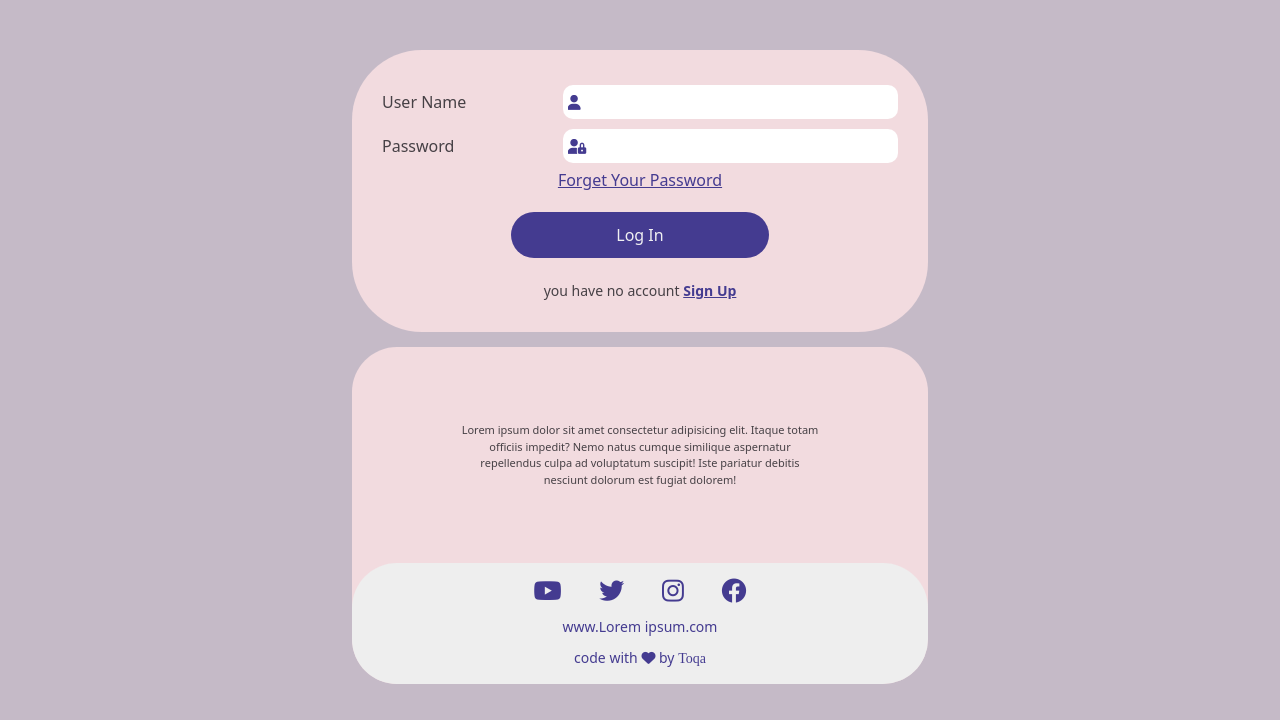
Repository: Toqa-25/register-page-one
Page: log in/index.html
An editor plug-in stored every save of this project. The page is shown before and after a run of saves, followed by the edit.
The browser window is 1280 px wide. The pictures show the whole page.
Some web fonts or font styles are not loaded; a fallback is used. Some web libraries are served in a nearby version.

Above is the page before, as saved 2021-12-26 16:35:59.

### log in/index.html
<!DOCTYPE html>
<html lang="en">
<head>
    <meta charset="UTF-8">
    <meta http-equiv="X-UA-Compatible" content="IE=edge">
    <meta name="viewport" content="width=device-width, initial-scale=1.0">
    <!-- bootstrab Style -->
    <link href="https://cdn.jsdelivr.net/npm/bootstrap@5.1.3/dist/css/bootstrap.min.css" rel="stylesheet" integrity="sha384-1BmE4kWBq78iYhFldvKuhfTAU6auU8tT94WrHftjDbrCEXSU1oBoqyl2QvZ6jIW3" crossorigin="anonymous">
    <!-- fontawosome -->
  <link rel="stylesheet" href="https://pro.fontawesome.com/releases/v5.10.0/css/all.css" integrity="sha384-AYmEC3Yw5cVb3ZcuHtOA93w35dYTsvhLPVnYs9eStHfGJvOvKxVfELGroGkvsg+p" crossorigin="anonymous"/>
    <link rel="stylesheet" href="https://cdnjs.cloudflare.com/ajax/libs/font-awesome/5.1.0/css/v4-shims.min.css">
    <link rel="stylesheet" href="https://cdnjs.cloudflare.com/ajax/libs/font-awesome/6.0.0-beta3/css/all.min.css">
  <!-- css file style -->
    <link rel="stylesheet" href="../css/style.css">
    <!-- google font -->
    <link rel="preconnect" href="https://fonts.googleapis.com">
<link rel="preconnect" href="https://fonts.gstatic.com" crossorigin>
<link href="https://fonts.googleapis.com/css2?family=Pushster&display=swap" rel="stylesheet">
    <!-- page-title -->
    <title> log in Page </title>
</head>
<body>
<!-- sign up  Section -->
<form action="" class="part-style" id="sign-form">
    <!-- user-name -->
    <div class="form-input d-flex justify-content-between align-items-center flex-sm-column flex-md-row">
    <label for="user-name">User Name</label>
    <input type="text" name="" id="user-name" class="input input-font" placeholder="&#xf007;">
    </div>
    <!-- password -->
    <div class="form-input d-flex justify-content-between align-items-center flex-sm-column flex-md-row">
    <label for="password">Password</label>
    <input type="password" name="" id="password" class="input" placeholder="&#xf502;">
    </div>
    <!-- submit btn  -->
    <a href="http://" class="forget">Forget Your Password</a>
    <input type="submit" value="Log In" class="btn sign-log-btn d-block log-btn input-font"  id="sign-btn" >
     <span>you have no account  <a href="../sign up/index.html"> Sign Up </a></span>
</form>
   <!-- accept section -->

   <!-- footer section -->
  <footer class="part-style">
          <div class="footer-content">
              <div class="footer-text">
                  <p class="footer-text-info">
                      Lorem ipsum dolor sit amet consectetur adipisicing elit. Itaque totam officiis impedit? Nemo natus cumque similique aspernatur repellendus culpa ad voluptatum suscipit! Iste pariatur debitis nesciunt dolorum est fugiat dolorem!
                  </p>
              </div>
              <div class="footer-icons d-flex flex-column justify-content-evenly align-items-center">
                  <!-- <div class="footer-icons-group"> -->
                      <span class="footer-icons-group d-flex justify-content-evenly align-items-center">
                  <!-- <i class="fab fa-youtube"> <a href="https://toqa-25.github.io/portfolio/" target="_blank" rel="noopener noreferrer"></a> </i> -->
                  <a href="https://" target="_blank" rel="noopener noreferrer"> <i class="fab fa-youtube"></i></a>
                  <a href="http://" target="_blank" rel="noopener noreferrer"><i class="fab fa-twitter"></i></a>
                  <a href="http://" target="_blank" rel="noopener noreferrer"><i class="fab fa-instagram"></i></a>
                 <a href="http://" target="_blank" rel="noopener noreferrer"> <i class="fab fa-facebook"></i></a>
                  </span>
              <!-- </div> -->
                <!-- <div class="footer-icons-text"> -->
                    <span class="web-text d-block">www.Lorem ipsum.com</span>
                    <span class="code-text">code with <i class="fas fa-heart"></i> by <Span class="coder"><a href="https://toqa-25.github.io/portfolio/" target="_blank" rel="noopener noreferrer" >Toqa</a></Span> </span>
                <!-- </div> -->
              </div>
      </div>
  </footer>
  <script>
    //   // checked ok
    //   let checked = document.getElementById("checked")
    //   let right = document.getElementById("right")
    //  checked.onclick = function () {
    //      if ( right.style.display === "none"){
    //          right.style.display="block"
    //      }
    //      else{
    //           right.style.display ="none"
    //      }
    //  }
    //  // form
    //  let form = document.getElementById("sign-form")
    //  let signUp = document.getElementById("sign-btn")
    //  form.addEventListener("submit" , function (event){
    //      event.preventDefault ()
    //  });

    //  signUp.addEventListener("click" , function (){
    //      setTimeout(() => {
    //          window.location ="../log in/index.html"
    //      }, 1000);
    //     console.log ("go")
    //  })
  </script>
</body>
</html>

### css/style.css

/* Root */
:root{
    --m-text-color:#f0f0f2;
    /* --s-text-color:#464045; */
    --s-text-color:#464045;
    --th-text-color:#545050;
    --pink-background:#f2dbdf;
    --sign-btn-background:#c5bac7;
    --log-btn-background:#443b90;
    --footer-icon-background:#eeeeee;
    --website-text:#c0bdd4;
}
/* global style */
*, p{
    box-sizing :border-box;
    padding: 0;
    margin: 0;
}
body{
    /* background-color:var(--th-text-color) ; */
        background-color: #c5bac7;
}
.part-style{
    width: 90%;
}
/* @media (min-width:575px){ */
 @media (min-width:991px){
    .part-style{
        width: 45%;
    }
    }
@media (max-width:990px){
.part-style{
    width: 60%;
}
}
@media (max-width:767px){
.part-style{
    width: 80%;
}
}
@media (max-width:575px){
.part-style{
    width: 95%;
}
}
/**********************************************************************/
/* sign in & log in style */
.sign-log , #sign-form{
    margin: 50px auto 15px;
    background-color: var(--pink-background);
    border-radius: 70px;
    -webkit-border-radius: 70px;
    -moz-border-radius: 70px;
    -ms-border-radius: 70px;
    -o-border-radius: 70px;
        color:var(--s-text-color);
     text-align: center;

}
.sign-log-btn,.sign-log-btn:hover,.sign-log-btn:hover a {
    width: 50%;
    margin: 20px auto;
    border-radius: 25px;
    padding: 10px;
    color:var(--m-text-color)


}
.sign-btn{
    background-color: var(--sign-btn-background);
}
.log-btn{
    background-color: var(--log-btn-background);
}
.sign-log-btn a{
    text-decoration: none;
    color:var(--m-text-color)

}
/* accept style */
.accept{
    color:var(--s-text-color);
    margin:20px auto;
}
.accept-content{
    background-color:var(--footer-icon-background) ;
    border-radius: 25px;
    -webkit-border-radius: 25px;
    -moz-border-radius: 25px;
    -ms-border-radius: 25px;
    -o-border-radius: 25px;
    padding: .75rem 1rem ;
    font-size: 15px;
}
.acc-text{
  margin-bottom: 0;
}
.acc-check{
    width: 13px;
    height: 13px;
    border-radius: 50%;
    border: 1px solid var(--s-text-color);
    cursor: pointer;
}
.acc-check i {
    margin: 3px 1px 3px 4px;
    font-size: 14px;
    line-height: 15px;
    display: none;
}
/**********************************************************************/
/* footer style */
footer {
    margin:15px auto 20px;
    color:var(--s-text-color);
    background-color: var(--pink-background);
    border-radius: 45px;
    -webkit-border-radius: 45px;
    -moz-border-radius: 45px;
    -ms-border-radius: 45px;
    -o-border-radius: 45px;
}

.footer-text{
    padding: 75px 50px;
    font-size: 11px;
    text-align: center;
}
.footer-text-info{
    width: 75%;
    margin: 0 auto;
}
.footer-icons{
    background-color:var(--footer-icon-background) ;
    border-radius: 45px;
    width: 100%;
    text-align: center;
    min-height: 100px;
        padding: 5px 0;
    color:var(--log-btn-background) ;


}
.footer-icons-group{
    width: 50%;
    margin: 10px auto 0;
}
.footer-icons-group i{
 font-size: 25px;
 transition: .3s;
 -webkit-transition: .3s;
 -moz-transition: .3s;
 -ms-transition: .3s;
 -o-transition: .3s;
color:var(--log-btn-background) ;

}
.footer-icons-group  a i:hover{
    transform: rotate(
360deg) scale(1.25);
color: var(--log-btn-background);
    color:var(--log-btn-background) ;

}
.web-text {
    font-size: 14px;
    margin: 10px auto;
}
.code-text {
    font-size: 14px;
    margin-bottom: 10px ;
}
footer a , footer a:hover{
    text-decoration:none ;
    color:var(--s-text-color);
    cursor: pointer;

}

.coder a , .coder a:hover{
    font-family: 'Pushster', cursive;
    color:var(--log-btn-background) ;


}
/**********************************************************************/
 /* sign-up page */
 #sign-form{
/* width: 70%; */
padding: 30px;
}
   .form-input {
       width: 100%;
   }
.input{
    width: 65%;
    padding: 5px;
    border: none;
    border-radius: 10px;
    margin: 5px 0;
    outline: none;
}
#sign-form span{
    font-size: 14px;
}
#sign-form span a{
    color:var(--log-btn-background) ;
    font-weight: bold;
    cursor: pointer;
}
@media (max-width:767px){
    .flex-sm-column{
        flex-direction: column;
}
.input{
    width: 80%;
}
}
.forget{
    color:var(--log-btn-background) ;
    margin:15px auto;
    di
}
::placeholder{
     font-family: 'Font Awesome 5 free';
     font-weight: 700;
     color: var(--s-text-color);
     font-size: 15px;
     letter-spacing: 1px;
     text-transform: capitalize;
    color:var(--log-btn-background) ;

 }

After the next 2 saves:
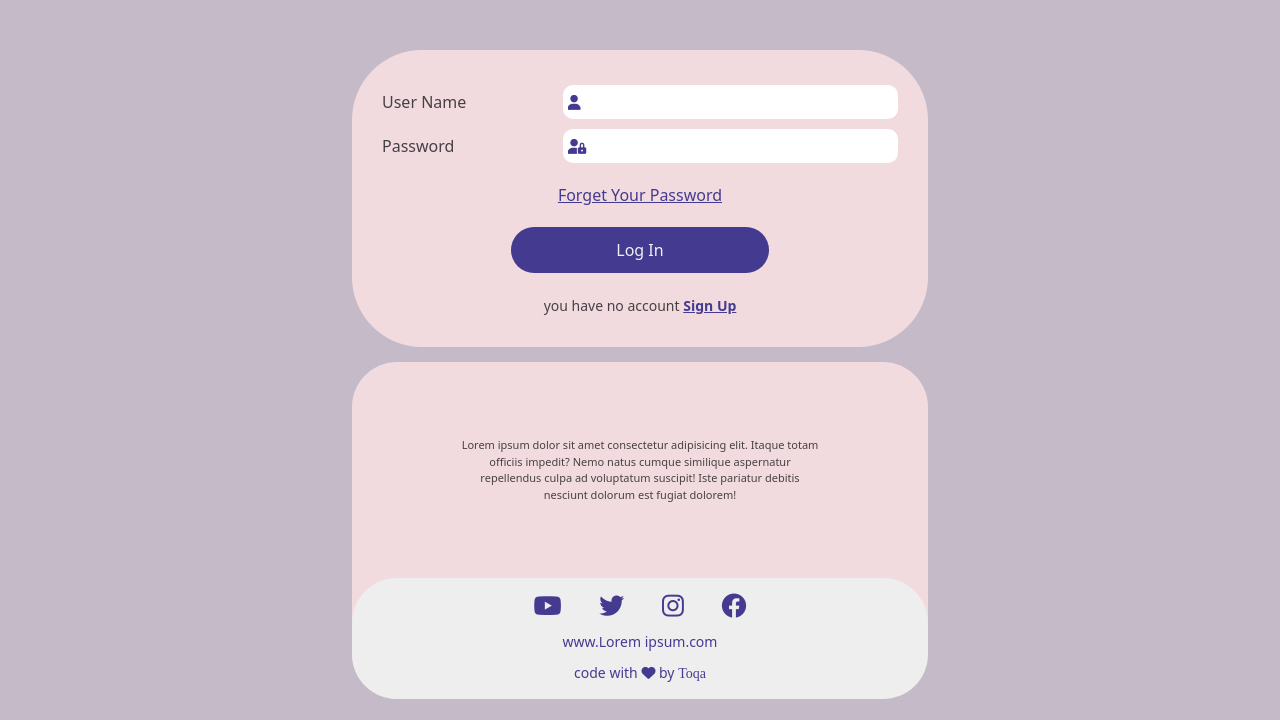
The 2 saves are shown as one change because they came seconds apart.
The last was saved 8 s later.
--- a/css/style.css
+++ b/css/style.css
@@ -221,7 +221,7 @@ padding: 30px;
 .forget{
     color:var(--log-btn-background) ;
     margin:15px auto;
-    di
+    display: block;
 }
 ::placeholder{
      font-family: 'Font Awesome 5 free';
